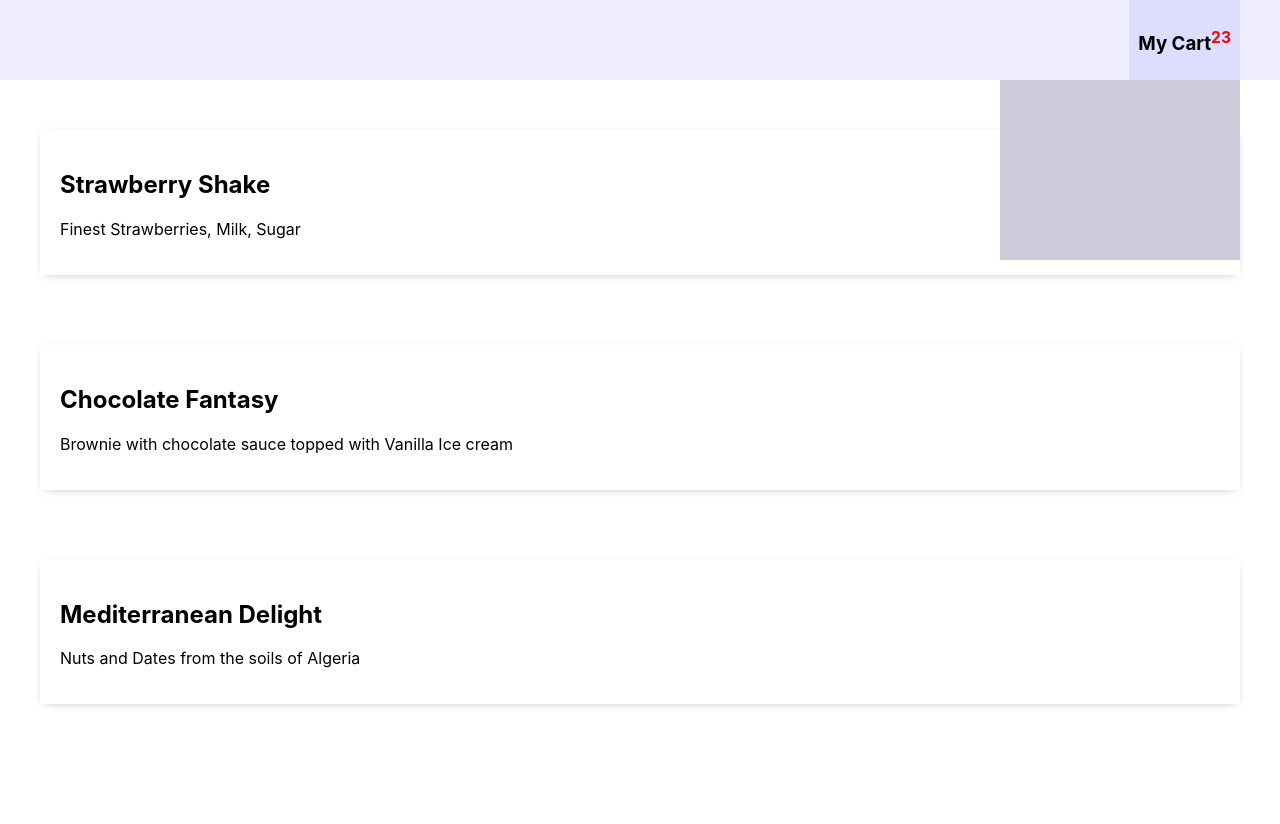
Repository: suhail-yazdan/shopping-cart-react
Page: /, after clicking the first element matching `h3`
The author's editor kept a copy of each file at every save. The page is drawn from the files as they stood at one save, then again after the next save.
The browser window is 1280 px wide. The pictures show the whole page.
The project was rebuilt for these pictures with package versions that can differ from the ones it lists, and the page was loaded fresh each time.

Above is the page before, as saved 2023-10-09 12:58:27.

After the next save:
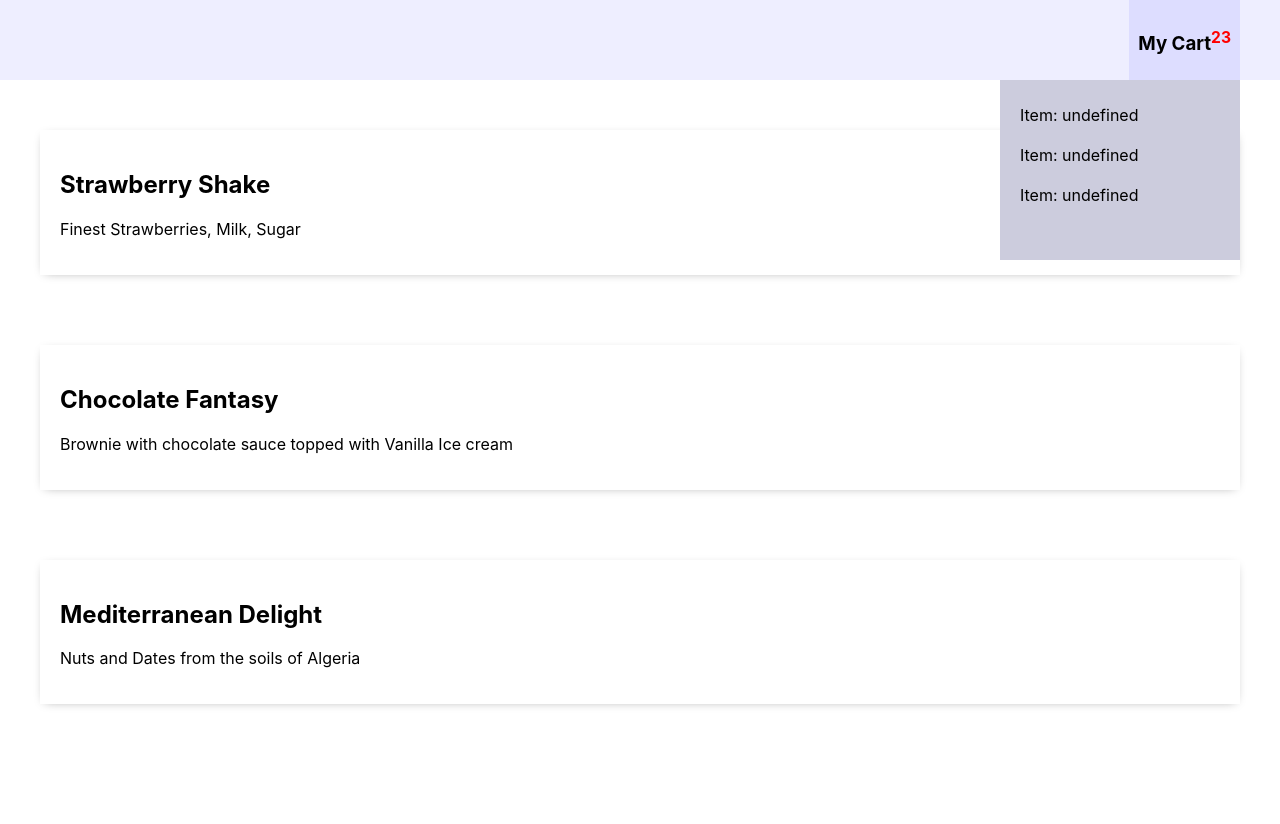
Saved 2 min 7 s later.
--- a/src/Cart.jsx
+++ b/src/Cart.jsx
@@ -6,12 +6,11 @@
       <h3 onClick={props.setShowCart}> My Cart<sup className="totalItems">23</sup> </h3>
       {props.showCart &&
         <div className="popup">
-          {console.log("products from cart: ", props.products)}
-
           <ul>
             {props.products.map(item =>(
-              <li>
+              <li key={item.pid}>
                 {item.quantity ? item.name : ""}
+                {"Item: "+ console.log(item)}
               </li>
             ))}
 

After the save that followed:
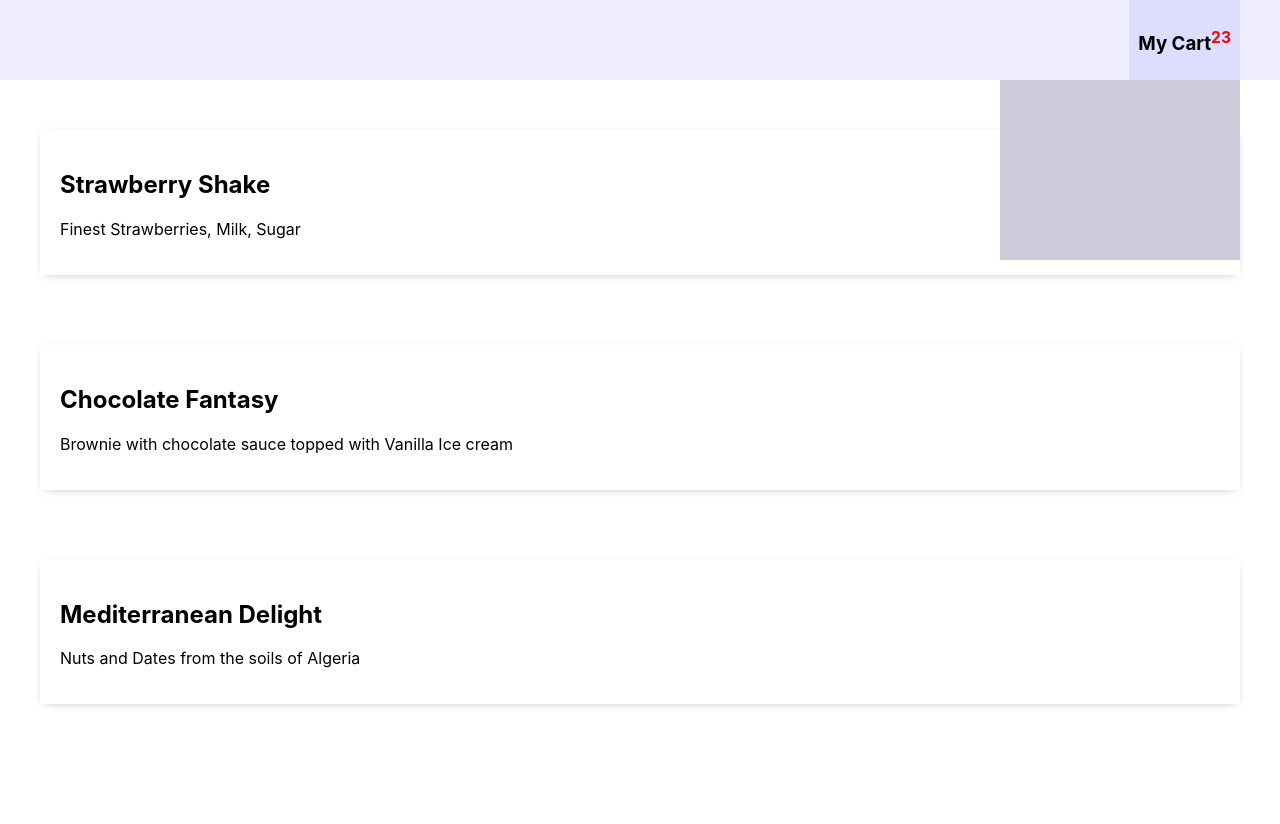
Saved 2 min 30 s later.
--- a/src/Cart.jsx
+++ b/src/Cart.jsx
@@ -9,8 +9,7 @@
           <ul>
             {props.products.map(item =>(
               <li key={item.pid}>
-                {item.quantity ? item.name : ""}
-                {"Item: "+ console.log(item)}
+                {item.quantity ? console.log("Item: ", item) : ""}
               </li>
             ))}
 
